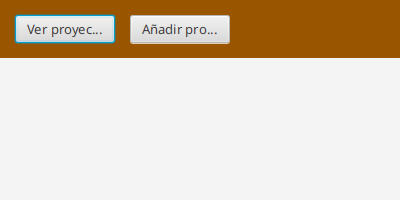
Repository: anxoportela/PROG
Program's window: java Java_Interfaz/ProyectoJavaFX/src/com/acarballeira/javaFX/ejemplo8/App.java
These files come from the project's save history. The program's window is drawn as it stood at one moment and after the next save; the edit follows.
It runs on Java 21 on a 1366 x 768 screen with JavaFX 11; the title bar is not drawn.

Above is the program's window before, as saved 2020-03-05 19:26:54.

### Java_Interfaz/ProyectoJavaFX/src/com/acarballeira/javaFX/ejemplo8/App.java
package com.acarballeira.javaFX.ejemplo8;

import javafx.application.Application;
import javafx.geometry.Insets;
import javafx.geometry.Pos;
import javafx.scene.Scene;
import javafx.scene.control.Button;
import javafx.scene.control.Label;
import javafx.scene.layout.BorderPane;
import javafx.scene.layout.HBox;
import javafx.scene.layout.Pane;
import javafx.scene.layout.VBox;
import javafx.scene.paint.Color;
import javafx.stage.Stage;

public class App extends Application {
	@Override
	 public void start(Stage primaryStage) {

	 primaryStage.setTitle("Ola Mundo!!!");

	 BorderPane bp = new BorderPane();
	 HBox hbox =  (HBox) crearHbox();
	 //VBox vbox = crearVbox();

	 bp.setTop(hbox);

	 Scene primaryScene = new Scene(bp,400,200,Color.AQUA);
	 primaryStage.setScene(primaryScene);
	 primaryStage.show();

	 }

	private Pane crearHbox() {
		HBox hbox = new HBox();
		Button btn1 = new Button("Ver proyectos");
		Button btn2 = new Button("Añadir proyecto");
		hbox.setPadding(new Insets(15, 15, 15, 15));
		hbox.setSpacing(15);
		hbox.setStyle("-fx-background-color: #995500");
		btn1.setPrefSize(100, 25);
		btn2.setPrefSize(100, 25);
		hbox.getChildren().addAll(btn1,btn2);
		return hbox;
	}

	private Pane crearVbox() {
		VBox vbox = new VBox();
		return vbox;
	}

	public static void main(String[] args) {
		Application.launch();
	}
}

After the next save:
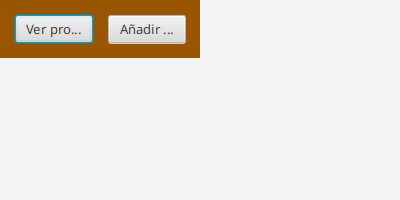
Saved 11 s later.
--- a/Java_Interfaz/ProyectoJavaFX/src/com/acarballeira/javaFX/ejemplo8/App.java
+++ b/Java_Interfaz/ProyectoJavaFX/src/com/acarballeira/javaFX/ejemplo8/App.java
@@ -25,7 +25,7 @@
 
 	 bp.setTop(hbox);
 
-	 Scene primaryScene = new Scene(bp,400,200,Color.AQUA);
+	 Scene primaryScene = new Scene(bp,200,200,Color.AQUA);
 	 primaryStage.setScene(primaryScene);
 	 primaryStage.show();
 
